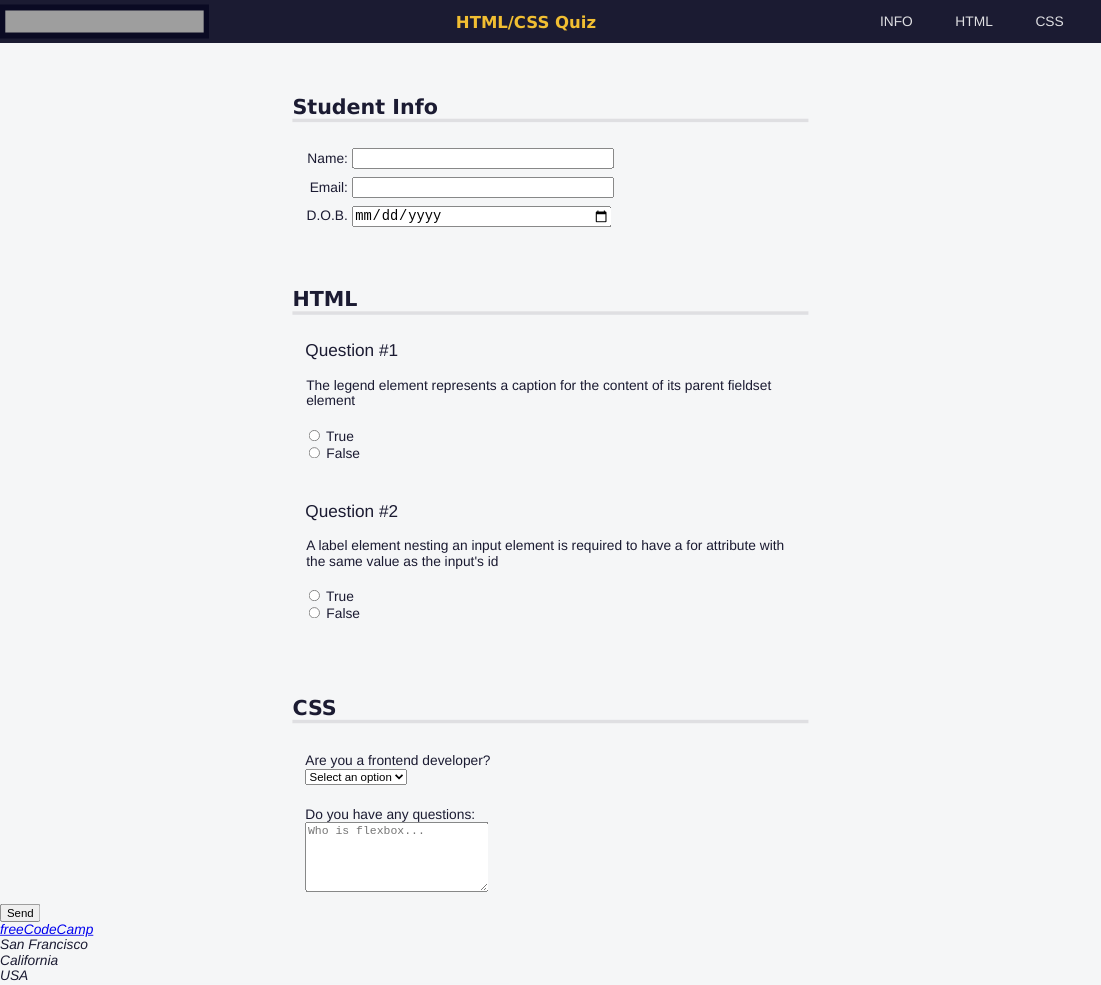
Repository: cipdanila/freeCodeCamp
Page: Quiz/index.html
These files come from the project's save history. The page is drawn as it stood at one moment and after the next save; the edit follows.
The browser window is 1280 px wide. The pictures show the whole page, at 86% of full size.
Pictures or frames that could not be fetched are drawn as grey boxes.

Above is the page before, as saved 2023-10-18 19:52:50.

### Quiz/index.html
<!DOCTYPE html>
<html lang="en">
    <head>
        <meta charset="UTF-8" />
        <meta name="viewport" content="width=device-width, initial-scale=1.0" />
        <meta
            name="description"
            content="freeCodeCamp Accessibility Quiz practice project"
        />
        <title>Accessibility Quiz</title>
        <link rel="stylesheet" href="styles.css" />
    </head>
    <body>
        <header>
            <img
                id="logo"
                src="https://cdn.freecodecamp.org/platform/universal/fcc_primary.svg"
            />
            <h1>HTML/CSS Quiz</h1>
            <nav>
                <ul>
                    <li><a href="#student-info">INFO</a></li>
                    <li><a href="#html-questions">HTML</a></li>
                    <li><a href="#css-questions">CSS</a></li>
                </ul>
            </nav>
        </header>
        <main>
            <form
                method="post"
                action="https://freecodecamp.org/practice-project/accessibility-quiz"
            >
                <section role="region" aria-labelledby="student-info">
                    <h2 id="student-info">Student Info</h2>
                    <div class="info">
                        <label for="student-name">Name:</label>
                        <input
                            type="text"
                            name="student-name"
                            id="student-name"
                        />
                    </div>
                    <div class="info">
                        <label for="student-email">Email:</label>
                        <input
                            type="email"
                            name="student-email"
                            id="student-email"
                        />
                    </div>
                    <div class="info">
                        <label for="birth-date"
                            >D.O.B.<span class="sr-only"
                                >(Date of Birth)</span
                            ></label
                        >
                        <input type="date" name="birth-date" id="birth-date" />
                    </div>
                </section>
                <section role="region" aria-labelledby="html-questions">
                    <h2 id="html-questions">HTML</h2>
                    <div class="question-block">
                        <p>1</p>
                        <fieldset class="question" name="html-question-one">
                            <legend>
                                The legend element represents a caption for the
                                content of its parent fieldset element
                            </legend>
                            <ul class="answers-list">
                                <li>
                                    <label for="q1-a1">
                                        <input
                                            type="radio"
                                            id="q1-a1"
                                            name="q1"
                                            value="true"
                                        />
                                        True
                                    </label>
                                </li>
                                <li>
                                    <label for="q1-a2">
                                        <input
                                            type="radio"
                                            id="q1-a2"
                                            name="q1"
                                            value="false"
                                        />
                                        False
                                    </label>
                                </li>
                            </ul>
                        </fieldset>
                    </div>
                    <div class="question-block">
                        <p>2</p>
                        <fieldset class="question" name="html-question-two">
                            <legend>
                                A label element nesting an input element is
                                required to have a for attribute with the same
                                value as the input's id
                            </legend>
                            <ul class="answers-list">
                                <li>
                                    <label for="q2-a1">
                                        <input
                                            type="radio"
                                            id="q2-a1"
                                            name="q2"
                                            value="true"
                                        />
                                        True
                                    </label>
                                </li>
                                <li>
                                    <label for="q2-a2">
                                        <input
                                            type="radio"
                                            id="q2-a2"
                                            name="q2"
                                            value="false"
                                        />
                                        False
                                    </label>
                                </li>
                            </ul>
                        </fieldset>
                    </div>
                </section>
                <section role="region" aria-labelledby="css-questions">
                    <h2 id="css-questions">CSS</h2>
                    <div class="formrow">
                        <div class="question-block">
                            <label for="customer"
                                >Are you a frontend developer?</label
                            >
                        </div>
                        <div class="answer">
                            <select name="customer" id="customer" required>
                                <option value="">Select an option</option>
                                <option value="yes">Yes</option>
                                <option value="no">No</option>
                            </select>
                        </div>
                        <div class="question-block">
                            <label for="css-questions"
                                >Do you have any questions:</label
                            >
                        </div>
                        <div class="answer">
                            <textarea
                                id="css-questions"
                                name="css-questions"
                                rows="5"
                                cols="24"
                                placeholder="Who is flexbox..."
                            ></textarea>
                        </div>
                    </div>
                </section>
                <button type="submit">Send</button>
            </form>
        </main>
        <footer>
            <address>
                <a href="https://freecodecamp.org">freeCodeCamp</a><br />
                San Francisco<br />
                California<br />
                USA
            </address>
        </footer>
    </body>
</html>

### Quiz/styles.css
body {
    background: #f5f6f7;
    color: #1b1b32;
    font-family: Helvetica;
    margin: 0;
}

header {
    width: 100%;
    height: 50px;
    background-color: #1b1b32;
    display: flex;
    justify-content: space-between;
    align-items: center;
    position: fixed;
    top: 0;
}

#logo {
    width: max(100px, 18vw);
    background-color: #0a0a23;
    aspect-ratio: 35 / 4;
    padding: 0.4rem;
}

h1 {
    color: #f1be32;
    font-size: min(5vw, 1.2em);
    text-align: center;
}

nav {
    width: 50%;
    max-width: 300px;
    height: 50px;
}

nav > ul {
    display: flex;
    justify-content: space-evenly;
    flex-wrap: wrap;
    align-items: center;
    padding-inline-start: 0;
    margin-block: 0;
    height: 100%;
}

nav > ul > li {
    color: #dfdfe2;
    margin: 0 0.2rem;
    padding: 0.2rem;
    display: block;
}

nav > ul > li:hover {
    background-color: #dfdfe2;
    color: #1b1b32;
    cursor: pointer;
}

li > a {
    color: inherit;
    text-decoration: none;
}

main {
    padding-top: 50px;
}

section {
    width: 80%;
    margin: 0 auto 10px auto;
    max-width: 600px;
}

h1,
h2 {
    font-family: Verdana, Tahoma;
}

h2 {
    border-bottom: 4px solid #dfdfe2;
    margin-top: 0px;
    padding-top: 60px;
}

.info {
    padding: 10px 0 0 5px;
}

.formrow {
    margin-top: 30px;
    padding: 0px 15px;
}

input {
    font-size: 16px;
}

.info label,
.info input {
    display: inline-block;
}

.info input {
    width: 50%;
    text-align: left;
}

.info label {
    width: 10%;
    min-width: 55px;
    text-align: right;
}

.question-block {
    text-align: left;
    display: block;
    width: 100%;
    margin-top: 20px;
    padding-top: 5px;
}

p {
    margin-top: 5px;
    padding-left: 15px;
    font-size: 20px;
}

p::before {
    content: "Question #";
}

.question {
    border: none;
    padding-bottom: 0;
}

.answers-list {
    list-style: none;
    padding: 0;
}

.sr-only {
    position: absolute;
    width: 1px;
    height: 1px;
    padding: 0;
    margin: -1px;
    overflow: hidden;
    clip: rect(0, 0, 0, 0);
    white-space: nowrap;
    border: 0;
}

After the next save:
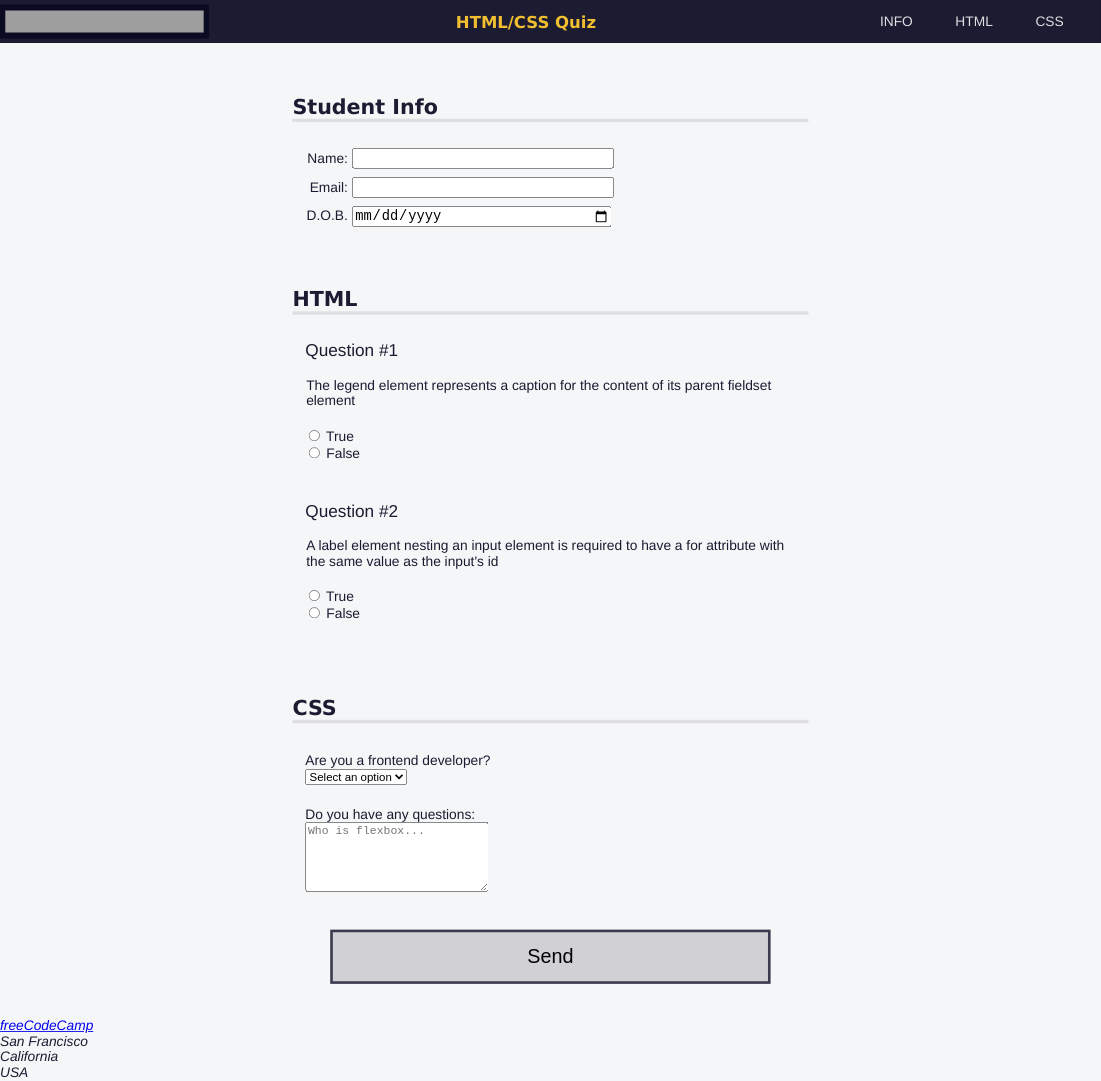
Saved 89 s later.
--- a/Quiz/styles.css
+++ b/Quiz/styles.css
@@ -141,6 +141,16 @@
     padding: 0;
 }
 
+button {
+    display: block;
+    margin: 40px auto;
+    width: 40%;
+    padding: 15px;
+    font-size: 23px;
+    background: #d0d0d5;
+    border: 3px solid #3b3b4f;
+}
+
 .sr-only {
     position: absolute;
     width: 1px;
